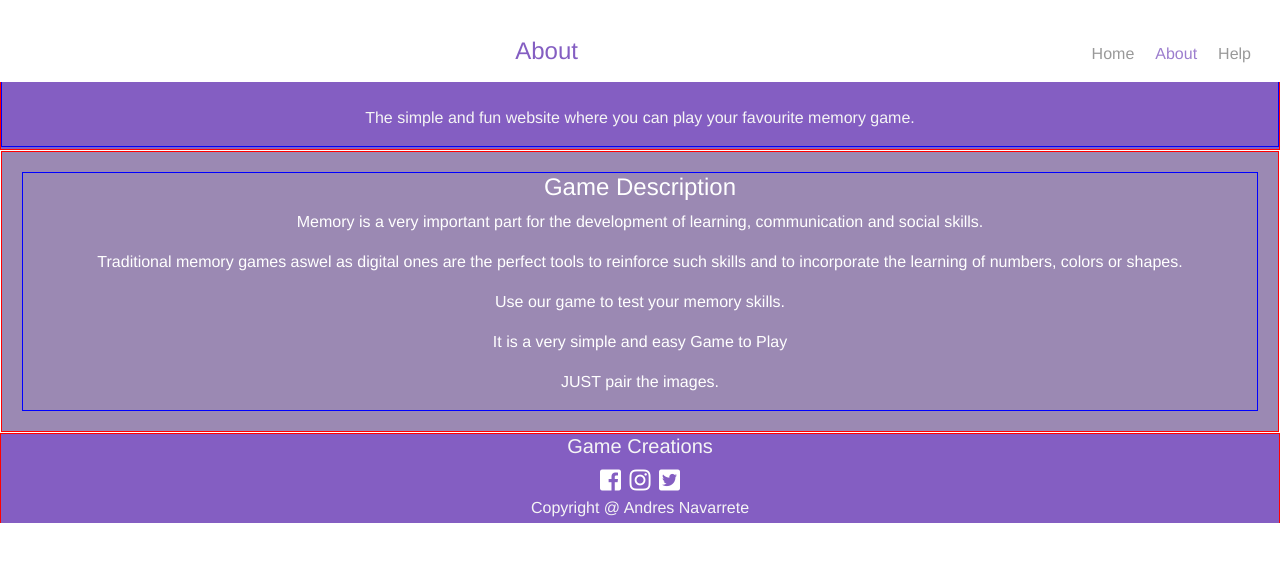
Repository: andna5980/memorise
Page: about.html
These files come from the project's save history. The page is drawn as it stood at one moment and after the next save; the edit follows.
The browser window is 1280 px wide. The pictures show the whole page.
Some web fonts or font styles are not loaded; a fallback is used. Some web libraries are served in a nearby version.

Above is the page before, as saved 2021-05-11 18:36:33.
Console error: SyntaxError: Unexpected end of input

After the next save:
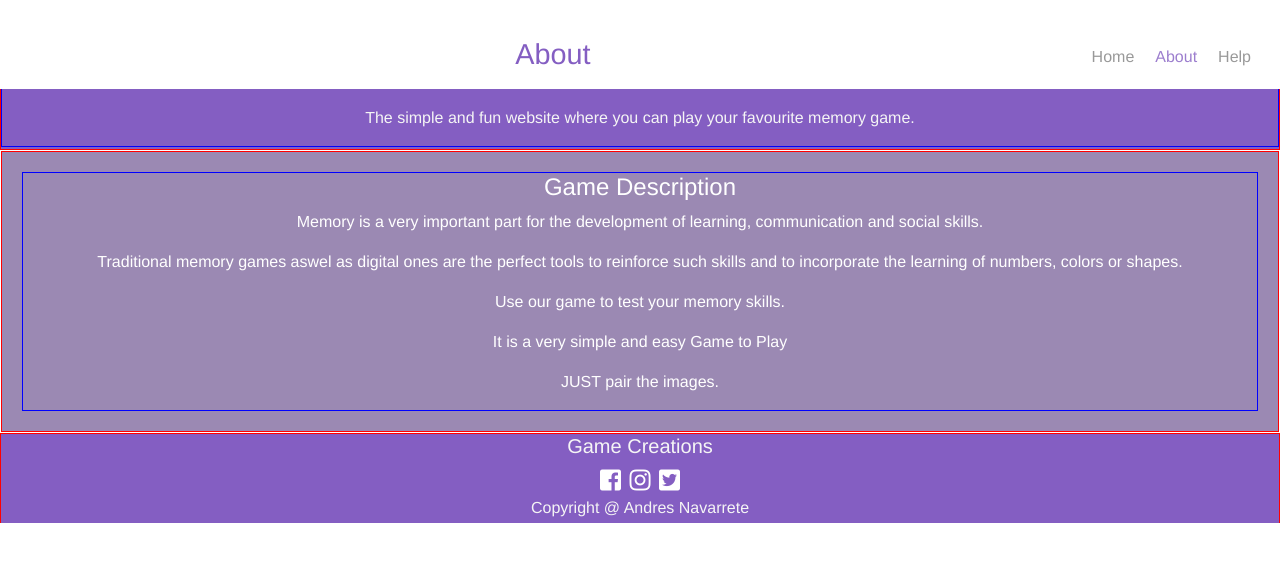
Saved 53 s later.
--- a/assets/styles/style.css
+++ b/assets/styles/style.css
@@ -38,7 +38,7 @@ header {
 
 .navbar-brand {
     font-family: Original Surfer, Amatic, Helvetica;
-    font-size: 150%;
+    font-size: 180%;
     margin-left: 40%;
     margin-top: 20px;
 }
